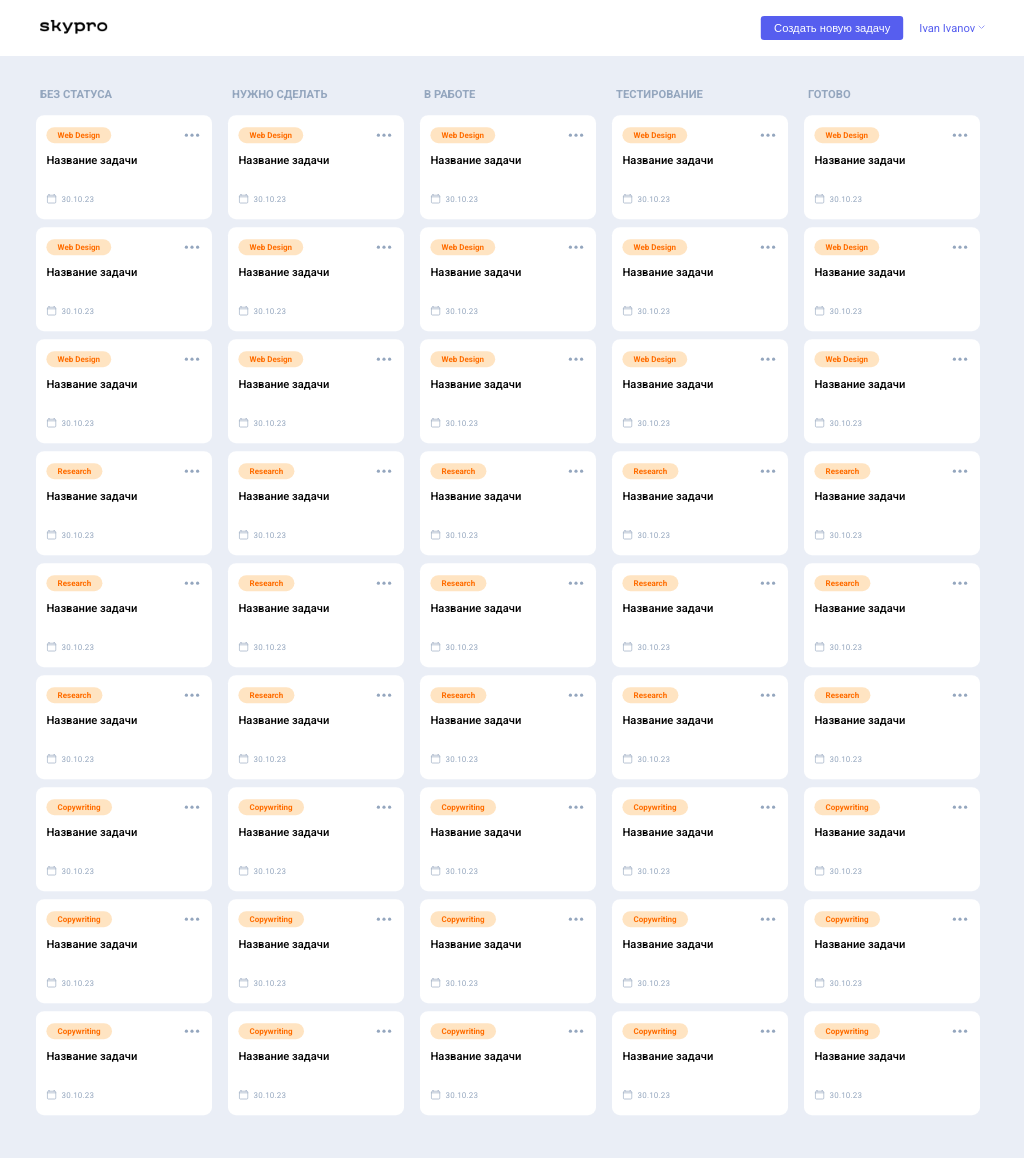
Repository: Olchik-resh/skypro-kanban
Page: /
An editor plug-in stored every save of this project. The page is shown before and after the next save, followed by the edit.
The browser window is 1280 px wide. The pictures show the whole page, at 80% of full size.
The project was rebuilt for these pictures with package versions that can differ from the ones it lists, and the page was loaded fresh each time. Also part of the build but not shown: vite.config.js.

Above is the page before, as saved 2025-07-28 17:12:47.

After the next save:
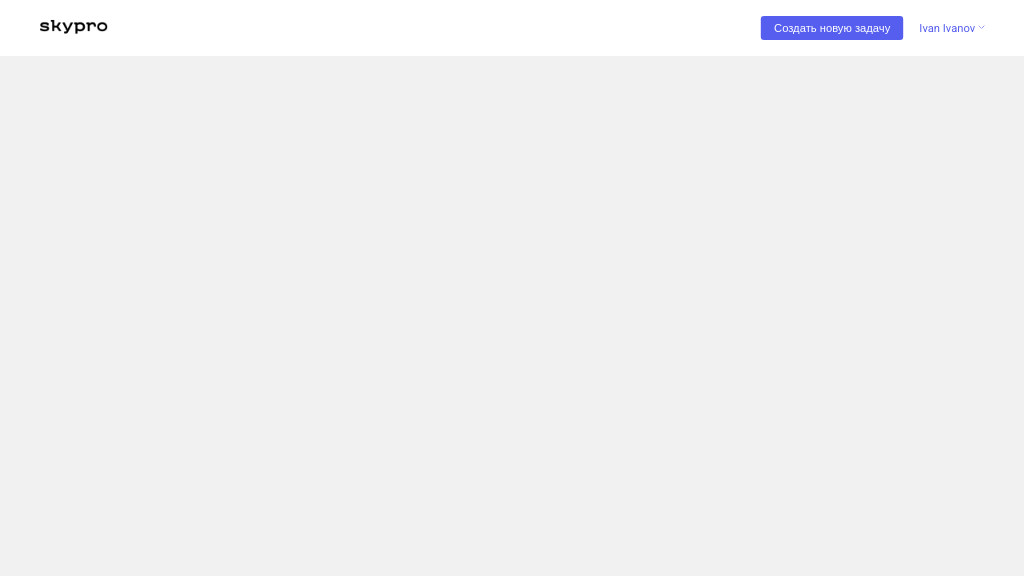
Console error: ReferenceError: computed is not defined
Saved 95 s later.
--- a/src/components/TaskColumn.vue
+++ b/src/components/TaskColumn.vue
@@ -4,7 +4,7 @@
       <p>{{ title }}</p>
     </div>
     <TaskCard
-      v-for="task in tasks"
+      v-for="task in filteredTasks"
       :key="task.id"
       :title="task.title"
       :status="task.status"
@@ -21,6 +21,10 @@
   tasks: { type: Array, required: true },
   title: { type: String, required: true },
 })
+
+const filteredTasks = computed(() => {
+  return tasks.value.filter((task) => task.status === title)
+})
 </script>
 
 <style lang="scss" scoped></style>

After the 2 saves that followed:
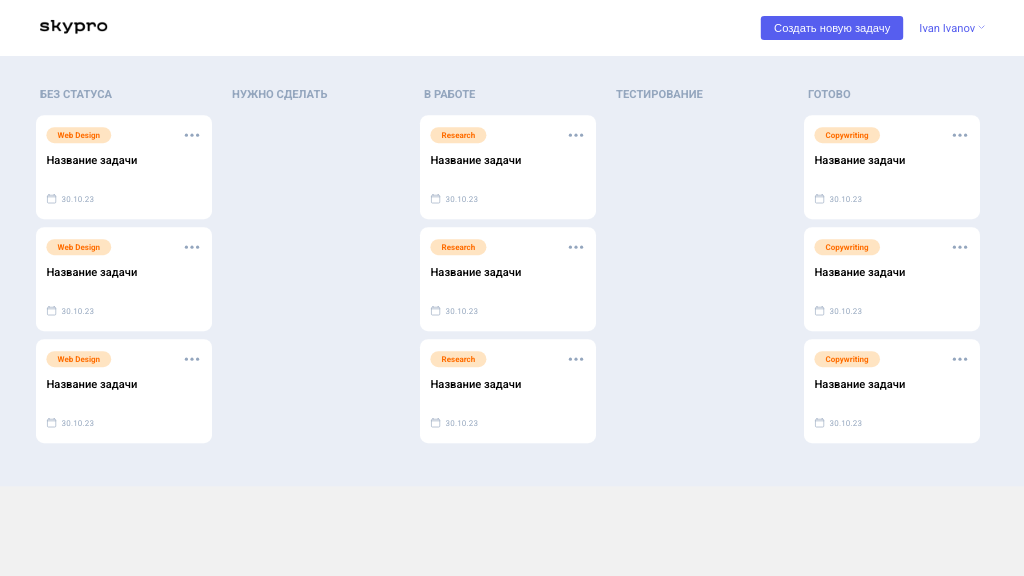
The error is gone.
The 2 saves are shown as one change because 1 left the picture as it was.
The last was saved 80 s later.
--- a/src/components/TaskColumn.vue
+++ b/src/components/TaskColumn.vue
@@ -16,14 +16,15 @@
 
 <script setup>
 import TaskCard from './TaskCard.vue'
+import { computed } from 'vue'
 
-defineProps({
+const props = defineProps({
   tasks: { type: Array, required: true },
   title: { type: String, required: true },
 })
 
 const filteredTasks = computed(() => {
-  return tasks.value.filter((task) => task.status === title)
+  return props.tasks.filter((task) => task.status === props.title)
 })
 </script>
 
